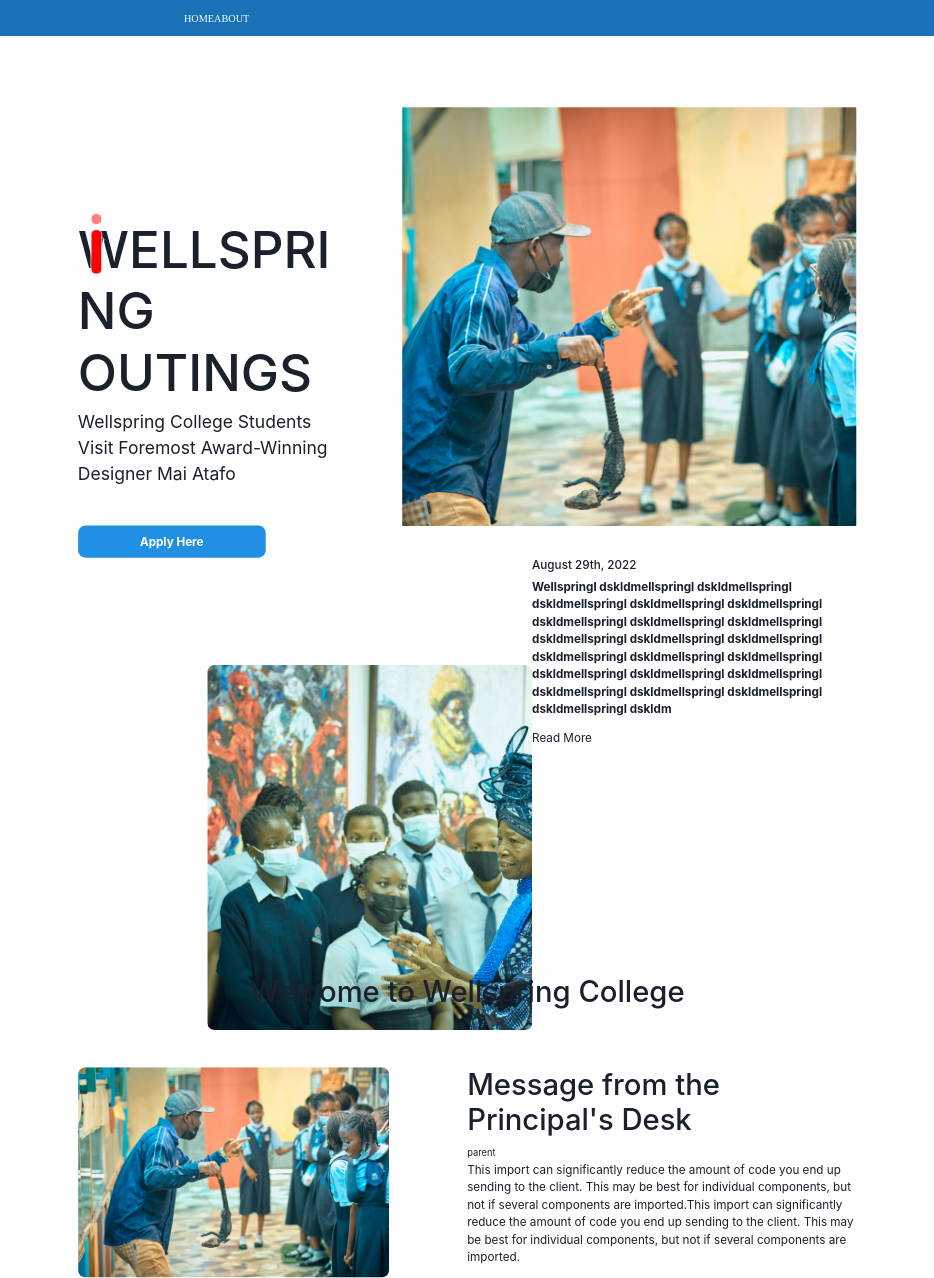
Repository: gr8skills/wellspring-school-forked
Page: /
An editor plug-in stored every save of this project. The page is shown before and after the next save, followed by the edit.
The browser window is 1280 px wide. The pictures show the whole page, at 73% of full size.
The project was rebuilt for these pictures with package versions that can differ from the ones it lists, and the page was loaded fresh each time. Also part of the build but not shown: src/components/Navbar/Dropdown.scss, src/components/Navbar/Dropdown.js, src/components/Calendar/Calendar.js.

Above is the page before, as saved 2022-12-01 18:12:55.

### src/index.css
body {
  /* margin: 0;
  font-family: -apple-system, BlinkMacSystemFont, 'Segoe UI', 'Roboto', 'Oxygen',
    'Ubuntu', 'Cantarell', 'Fira Sans', 'Droid Sans', 'Helvetica Neue',
    sans-serif;
  -webkit-font-smoothing: antialiased;
  -moz-osx-font-smoothing: grayscale; */
}

/* code {
  font-family: source-code-pro, Menlo, Monaco, Consolas, 'Courier New',
    monospace;
} */

### src/App.js
import logo from './logo.svg';
import './App.css';
import { BrowserRouter, Routes, Route, Link, Outlet } from "react-router-dom";
import "bootstrap/dist/css/bootstrap.min.css";

import NavBar from './components/Navbar/Navbar';
import { Home } from './pages/Home/Home';

function App() {
  return (


    <BrowserRouter>
      <NavBar />

      <Routes>
        <Route path="/" element={<Home />} />
        {/* <Route path="users" element={<Users />}>
          <Route path="me" element={<OwnUserProfile />} />
          <Route path=":id" element={<UserProfile />} />
        </Route> */}
      </Routes>
    </BrowserRouter>
  );
}

export default App;

### src/App.css
body{
}

.App {
  text-align: center;
    background-color:black;

}

.App-logo {
  height: 40vmin;
  pointer-events: none;
}

@media (prefers-reduced-motion: no-preference) {
  .App-logo {
    animation: App-logo-spin infinite 20s linear;
  }
}


@keyframes App-logo-spin {
  from {
    transform: rotate(0deg);
  }
  to {
    transform: rotate(360deg);
  }
}

### src/pages/Home/Home.js

import Carousel from "react-bootstrap/Carousel";
import Slider1 from "../../assets/slider1.png";
import Slider2 from "../../assets/slider2.png";
import { Sliders } from "../../components/Sliders/Sliders";
import { Button, ButtonGroup } from "@chakra-ui/react";

import "./_home.scss";
import { AppButton } from "../../components/AppButton/AppButton";
import { Calendar } from "../../components/Calendar/Calendar";
import { News } from "../../components/News/News";
export const Home =()=>{
    return (
      <>
        <div className="home-page-trans col-md-12 flexy">
          <div className="col-md-1">&nbsp;</div>
          <div className="col-md-10">
            {" "}
            <Carousel fade>
              <Carousel.Item>
                <div className="col-md-12 flexy">
                  <div className="col-md-4 slider-label">
                    <h1>Beyond the Classroom</h1>
                    <p>
                      Wellspring College Students Visit Foremost Award-Winning
                      Designer Mai Atafo
                    </p>
                  </div>
                  <div className="col-md-1">&nbsp;</div>
                  <div className="col-md-7">
                    <img
                      className="col-md-12 imgCaro"
                      src={Slider1}
                      alt="Scholar"
                    />
                  </div>
                </div>
              </Carousel.Item>

              <Carousel.Item>
                <div className="col-md-12 flexy">
                  <div className="col-md-4 slider-label">
                    <h1>WELLSPRING OUTINGS</h1>
                    <p>
                      Wellspring College Students Visit Foremost Award-Winning
                      Designer Mai Atafo
                    </p>
                  </div>
                  <div className="col-md-1">&nbsp;</div>

                  <div className="col-md-7">
                    <img
                      className="col-md-12 imgCaro"
                      src={Slider2}
                      alt="Scholar"
                    />
                  </div>
                </div>
              </Carousel.Item>
            </Carousel>
            <AppButton text="Apply Here" />
            {/* <Calendar month="Nov" day="10" year="2022" event="Open Day" time="10:00am-3:00pm"/> */}
            <News />
          </div>
        </div>
        <div className="col-md-12 welcome-message-title">
          <Sliders
            header="Welcome to Wellspring College"
            message="This import can significantly reduce the amount of code you end up sending to the client. This may be best for individual components, but not if several components are imported.This import can significantly reduce the amount of code you end up sending to the client. This may be best for individual components, but not if several components are imported."
            sliderImg={Slider2}
            title="Message from the Principal's Desk"
            speaker="parent"
          />
        </div>
      </>
    );
}

### src/components/Navbar/MenuItems.js
export const navMenus = {
    about: [
        // {title: 'About ' + process.env.REACT_APP_SITE_NAME, path: '/about', cName: 'dropdown-link'},
        // {title: 'Administrator’s Message', path: '/about/administrators-message', cName: 'dropdown-link'},
        // {title: 'Proprietor’s Message', path: '/about/proprietors-message', cName: 'dropdown-link'},
        // {title: 'History of the School', path: '/about/history', cName: 'dropdown-link'},
        // {title: 'Contact Us', path: '/about/contact-us', cName: 'dropdown-link'},
    ]
}

export default navMenus;

### src/components/Navbar/NavBar.module.css


.navCont{
    position: relative;
    /* display: flex; */
    width:25%;
    /* justify-content: space-between; */
    /* margin: 0 auto; */
    /* max-height: 5rem; */
    padding-left:220px;

}

.nav-links{
    font-size:10px !important;
}


.imgCont{
    position: relative;
}

/* .imgContent{
    position: absolute;
    z-index: 1;
    height: 6vw;

} */

/* .btnPortal{
    background-color: #4CA14900;
    color: #fff;
    height: 2.5rem;
    width: 7rem;
    font-size: 18px;
    border-radius: 5px;
    position: relative;
    outline: 0;
    border: 0;
    transition: 1.5s scale linear;
} */

/* .btnPortal:focus{
    outline: 0;
    border: 0;
} */

/* .btnPortal:hover{
    transform: scale(1.02);
    background-color: #4CA149CF;
} */

/* .fIcon{
    width: 30px;
    height: 30px;
    padding: 5px 5px;
    transform: translate(-6px, -1px);
} */

/* @media screen and (max-width: 960px) {
    .navCont{
        position: relative;
        display: flex;
        width: 100%;
        justify-content: space-between;
        margin: 0 auto;
        max-height: 5rem;

    }

    .imgContent{
        position: absolute;
        z-index: 1;
        height: 16vw;

    }

}


 */

### src/components/Navbar/_navbar.scss
@import "../../variables";





.navContainer{
    background:$themecolor;
    min-height: 3rem;
    position: fixed;
    z-index: 1;
    right: 0;
    width: 100%;
    top: 0;
}


.nav-list{
    display: flex;
    max-width: 70%;
    width: 70%;
    justify-content: space-between;
    list-style: none;
    color: #fff;
    font-family: monserat;
    transform: translateY(54%);
    margin: 0 !important;
}

.nav-list li{
    line-height: 25px;
    text-align: center;
    margin: 0;
    font-size: 14px;

}

/* .nav-list li a{
    color: #fff;
} */


.nav-item {
    height: auto;
    justify-content: center;
    display: flex;
}

.menu-icon{
    display: none;
}




.nav-links {
    color: #fff;
    display: flex;
    align-items: center;
    text-decoration: none;
    height: 100%;
    transition: all 0.2s ease-out;

}

.nav-links:hover {
    background-color: #fff;
    text-decoration: none;
    // padding:5px;
    color:$themecolor;
}


@media screen and (max-width: 600px) {
    .ph{
        display: none;
    }

@media screen and (max-width: 960px) {
    .nav-list{
        display: none;
    }
}

    .menu-icon{
        display: block;
    }

    .nav-list{
        display: flex;
        flex-direction: column;
        position: absolute;
        height: 42rem;
        width: 100%;
        max-width: 100% !important;
        top: 48px;
        transform: translateY(4%);
        /* z-index: 999; */
        opacity: 1;
        right: -100%;
        transition: all .5s linear;
    background-color: #4CA149;

    }
.mainMenu li a{
    line-height:20px !important;

}
    .nav-list.active{
        transition: all 0.3s ease-out;
        visibility: visible;
        transition: all .5s linear;
        right: 0;
        /* z-index: 1; */
    }

    .nav-list.active li {
        font-size: 4vw;
        position: relative;
        margin: 30px 0;
    }


    .fa-times{
        position: relative;
        float: right;
        width: 100%;
    }

    .fa-times, .fa-bars{
        font-size: 40px;
        color: #feed00;
        transition: all 1.5ms linear;
        transform: translate(-29px, 17px);

    }
.nav-links{
    display:none;
}
}




@media screen and (min-width: 960px) {
    .wrapper{
        display:none;
    }
}



/*for sidenav*/




.ph:hover{
    background-color:rgb(255, 165, 0) !important;
    opacity:1 !important
}
.wrapper{
    position: absolute;
    top: 50%;
    left: 50%;
    transform: translate(-50%, -50%);

}
.mainMenu{
    width: 250px;
    display: block;
    border-radius: 10px;
    overflow: hidden;
}
.mainMenu a{
  font-size:20px !important;
  font-weight:bold !important;
      font-family: monserat;
      /* margin-bottom:-20px; */
}
.item{
    border-top: 1px solid orange;
    overflow: hidden;
margin: top 0;
line-height: 20px !important;
}
.btn{
    display: block;
    padding: 15px 20px;
    color: #fff;
    position: relative;
    padding-left:5px !important;
    /* text-align:left !important; */

}
.btn:before{
    content: '';
    position: absolute;
    width: 0;
    height: 0;
    border-left: 8px solid transparent;
    border-right:8px solid transparent;
    /* border-top:10px solid rgba(0,128,0,0.9); */
    right: 15px;
    bottom: -10px;
    z-index: 9;

}
.btn i {
    margin-right: 7px;
    margin-left: -5px;
    font-size: 13px;
}
.subMenu{
    /* background:#A3DA8D !important; */
      overflow: hidden;
        /* background:rgba(78,161,73, 0.1)!important; */
        background:rgba(178,161,173, 0.1)!important;

    transition: max-height 0.7s;
max-height: 0;
z-index:300000000 !important;
position:relative !important;

}
.subMenu a{
    display: block;
    /* padding: 5px 10px !important; */
    color: #fff !important;
    font-size: 14px !important;
    border-bottom: 1px solid #394c7f;
    position: relative;
    margin-top:5px !important;


}
.subMenu a:before{
    content: '';
    opacity: 0;
    transition: opacity 0.3s;

}
.subMenu a:hover:before{
    content: '';
    position: absolute;
    height: 0;
    width: 6px;
    left: 0;
    top:0;
    opacity: 1;
    /* background-color: #d8d824; */
    border-top: 24px solid transparent;
    border-left: 11px solid #ffffff;
    border-bottom: 24px solid transparent;
}
.subMenu a:after{
    content: '';
    opacity: 0;
    transition: opacity 0.3s;

}
.subMenu a:hover:after{
    content: '';
    position: absolute;
    height: 0;
    width: 6px;
    right: 0px;
    top:0;
    opacity: 1;
    /* background-color: #d8d824; */
    border-top: 24px solid transparent;
    border-right: 11px solid #ffffff;
    border-bottom: 24px solid transparent;
}
.subMenu a:hover{
   background-color:orange;
    transition: all 0.3s;
    border-bottom: 2px solid #394c7f;
}
.subMenu a:last-child{
    border:none;
}
.item:target .subMenu{
    max-height: 300px;
        /* transition: max-height 0.7s !important; */

}

.login{
  background-color:#ED2f59;
  padding:5px 14px 5px 14px !important;
  border-radius:5px;
margin-right:55px;
margin-left:30px;
font-family: 'Poppins', sans-serif;

  }



.portal{
  background-color:rgb(221, 156, 35);
  /* padding:7px; */
  width:120px;
  margin-left:50px;
  border-radius:5px;
 padding:7px !important;
 font-size:5px !important;
 color:white !important;
    /* padding-bottom:6px !important; */
  margin-top:20px !important;
   font-size:11px !important;
      text-decoration: none;

  }

  .portal a{

  }

### src/components/Sliders/Sliders.js
import './_sliders.scss'

export const Sliders=(props)=>{
    return (
      <>
        <div className="col-md-12 slider-header">
          <h1>{props.header}</h1>
        </div>
        <div className="col-md-12 flexy slider-container">
          <div className="col-md-1">&nbsp;</div>
          <div className="col-md-4">
            <img
              className="col-md-12 imgCaro"
              src={props.sliderImg}
              alt="Scholar"
            />
          </div>
          <div className="col-md-1">&nbsp;</div>
          <div className="col-md-5">
            <h1>{props.title}</h1>
            <small>{props.speaker}</small>
            <p>{props.message}</p>
          </div>
        </div>
      </>
    );
}

### src/pages/Home/_home.scss
@import "../../variables";
@import "../../shared-styles";



.home-page-trans{
    img{
            margin-top:147px;
            height:100% !important;

    }
    .slider-label{
        margin-top:300px;
        h1{
                    font-size:70px;

        }
        p{
            font-size:24px;
        }
    }
    .carousel {
    position: relative;
    z-index: 0;

}
.carousel-inner {
    position: relative;
    width: 100%;
    overflow: hidden;
    height: 100vh;
}

.imgCaro{
    width: 100%;
    height: 100%;
    object-fit: cover;
}

.carousel-indicators > button.active {
    opacity: 1;
    max-width: 14px !important;
    max-height:60px  !important;
    min-width: 14px !important;
    min-height:60px  !important;
    background-color: red !important;
    border-color: #fff !important;
    outline: none;
    border: none;
    border-radius: 7px !important;

}

.carousel-indicators button{
    max-width: 14px !important;
    max-height: 14px !important;
    min-width: 14px !important;
    min-height: 14px !important;
    margin: 3px 5px !important;
    border-radius: 7px !important;
    background-color: red!important;
    border: 1px solid #fff !important;
    transition: all .5s linear ;

}

.carousel-indicators button:focus{
        outline:0;
        border-color: #4287BD;
}
.carousel-indicators  {
    position: absolute;
    right: 0;
    bottom: 10px;
    left: 0;
    z-index: 15;
    display: flex;
    flex-direction: column;
    height: 100%;
    justify-content: center;
    padding-left: 0;
    margin-right: 0;
    margin-left: 1vw;
    list-style: none;
    outline: none;
    border: none;
}

.carousel-control-next {
    left: 1vw;
    transform: rotate(-91deg);
    position: absolute;
    margin-top: 15% !important;
    justify-content: right !important;
    height: 10px;
    width: 18px !important;
    font-size: 50px;

}
.carousel-control-prev {
    left: 1.5vw;
    transform: rotate(91deg) !important;
    position: absolute;
    margin-top: 30% !important;
    justify-content: right !important;
    height: 10px;
    font-size: 50px;
    width: 20px !important;
}
// .carousel-control-prev::after{
//     content: url('../../assets/DownArrows.svg');
//     background-color: red;
//     font-size: 54px;
//     z-index: 100;
//     right: 0;
//     width: 20px;
//     height: 80px;
// }
// .carousel-control-next::after{
//     content: url('../../assets/DownArrows.svg');
//     background-color: red !important;
//     font-size: 54px;
//     z-index: 1000000000000000000000000000;
//     position:relative;
//     right: 0;
//     width: 20px;
//     height: 80px;
// }
}

### src/components/AppButton/AppButton.js
import { Button, ButtonGroup } from "@chakra-ui/react";
import "./_app-button.scss";
export const AppButton =(props)=>{
    return (
      <button className="app-button">
        {props.text}
      </button>
    );
}

### src/components/News/News.js
import "./_news.scss";
import Slider1 from "../../assets/slider1.png";
import { Link, NavLink } from "react-router-dom";

export const News=()=>{
return (
  <>
    <div className="col-md-12 flexy news-container">
      <div className="col-md-2">&nbsp;</div>
      <div className="col-md-10 flexy">
        <div className="col-md-6">
          {" "}
          <img className="col-md-12 imgCaro" src={Slider1} alt="Scholar" />
        </div>
        <div className="col-md-6 news-description">
          <h6>August 29th, 2022</h6>
          <p>
            <strong>Wellspringl dskldmellspringl dskldmellspringl dskldmellspringl dskldmellspringl dskldmellspringl dskldmellspringl dskldmellspringl dskldmellspringl dskldmellspringl dskldmellspringl dskldmellspringl dskldmellspringl dskldmellspringl dskldmellspringl dskldmellspringl dskldmellspringl dskldmellspringl dskldmellspringl dskldmellspringl dskldmellspringl dskldmellspringl dskldm</strong>
          </p>
          <Link to="#">Read More</Link>
        </div>
      </div>
    </div>
  </>
);
}

### src/_variables.scss
$themecolor:#1972B6;
$themecolor2:rgb(32,143,228);

### src/components/Sliders/_sliders.scss
@import "../../variables";
@import "../../shared-styles";


.slider-header{
    text-align: center;
    margin-top:70px;
    margin-bottom:80px;
    font-size:50px;
}
.slider-container{
    img{
         position: relative;
    width: 100%;
    overflow: hidden;
    height: 40vh;
    border-radius:10px;;
            object-fit: cover;

    }
}

### src/_shared-styles.scss
@media screen and (max-width:620px){
    .flexyM{
        display:flex;
    }
}@media screen and (min-width:620px){
    .flexy{
        display:flex;
    }
}

### src/components/AppButton/_app-button.scss
@import "../../shared-styles";
@import "./overides";
@import "../../variables";

.app-button{
    background-color:$themecolor2;
    color:white;
    padding:10px 85px;
    font-weight:bold;
    border-radius:10px;
}

### src/components/Calendar/_calendar.scss
@import "../../shared-styles";
@import "../../variables";



.calendar-container{
    .calendar-box{
background-color:$themecolor2;
height:100px;
width:110px;
border-radius: 10px;
color:#fff;
    text-align: center;
    padding:10px 0;

    }
    p{
        color:grey;
    }
    .calendar-day{
        font-size:35px;
    }
    .calendar-description{
        font-size:25px;
    }
}

### src/components/News/_news.scss
@import "../../shared-styles";
@import "../../variables";
.news-container{
    img{
        width:100%;
        border-radius: 10px;
    }
    .news-description{
        margin-top:00px;
    }
}

### src/components/AppButton/_overides.scss
@import "../../variables";



.css-jut409{
    background-color:$themecolor;
    padding:140px !important;
}

Loaded but not shown: public/index.html (common file); src/index.js (common file); src/reportWebVitals.js (common file); src/components/Navbar/Navbar.js (300 lines, source omitted)

After the next save:
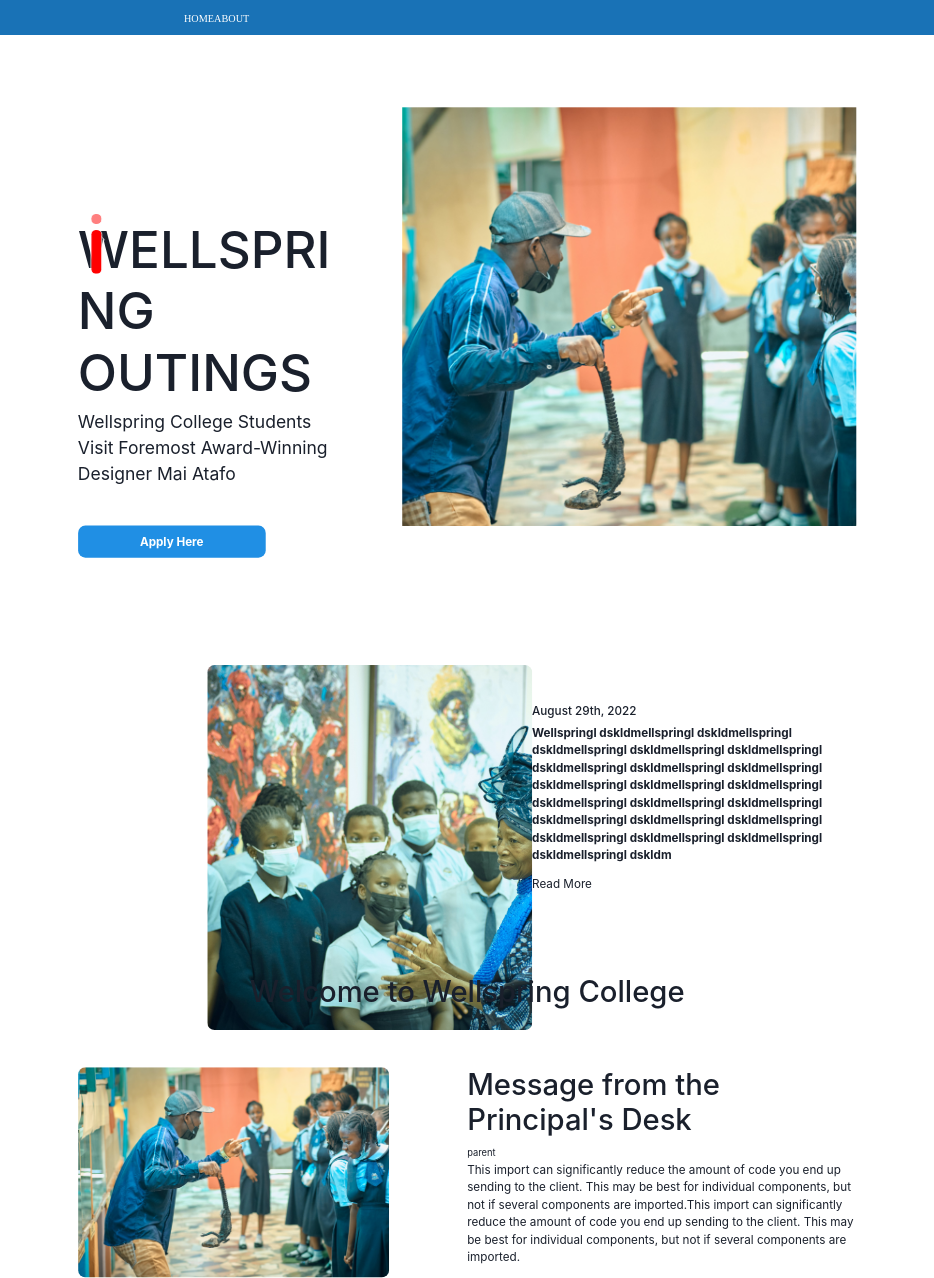
Saved 4 s later.
--- a/src/components/News/_news.scss
+++ b/src/components/News/_news.scss
@@ -6,6 +6,6 @@
         border-radius: 10px;
     }
     .news-description{
-        margin-top:00px;
+        margin-top:200px;
     }
 }
